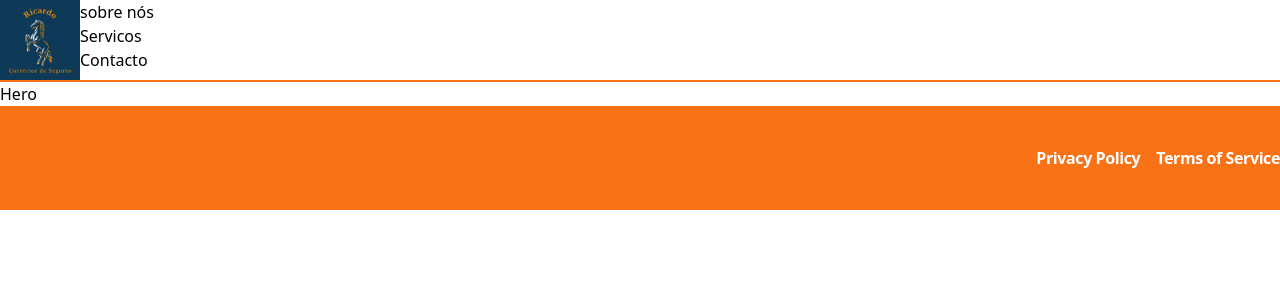
Repository: Arturgouveia1970/ricardo-seguros
Page: /
An editor plug-in stored every save of this project. The page is shown before and after a run of saves, followed by the edit.
The browser window is 1280 px wide. The pictures show the whole page.
The project was rebuilt for these pictures with package versions that can differ from the ones it lists, and the page was loaded fresh each time. Also part of the build but not shown: vite.config.js.

Above is the page before, as saved 2024-04-03 15:58:01.

### src/App.jsx
import Footer from './components/Footer';
import Header from './components/Header';
import Hero from './components/Hero';

function App() {
  return (
    <div>
      <Header />
      <Hero />
      <Footer />
    </div>
  )
}

export default App

### src/components/Footer.jsx
const Footer = () => {
  return (
    <div className="bg-orange-500 py-10">
      <div className="container mx-auto flex flex-col md:flex-row justify-between items-center">
        <span className="text-3xl text-white font-bold tracking-tight">

        </span>
        <span className="text-white font-bold tracking-tight flex gap-4">
          <span>Privacy Policy</span>
          <span>Terms of Service</span>
        </span>
      </div>
    </div>
  );
};

export default Footer;

### src/components/Header.jsx
//import { Link } from 'react-router-dom';
// import { logo } from './assets/ricardo2.png'

function Header() {
  return (
    <div className="border-b-2 border-b-orange-500 bg-blue flex">
      <div className="h-20 w-20">
        <img src={"/src/assets/ricardo2.png"} alt="logo"  />
      </div>
      <ul>
        <li>sobre nós</li>
        <li>Servicos</li>
        <li>Contacto</li>
      </ul>

    </div>

  )
}

export default Header

### src/components/Hero.jsx
function Hero() {
  return (
    <div>
      Hero
    </div>
  )
}

export default Hero

Loaded but not shown: index.html (common file); src/main.jsx (common file); src/index.css (common file); tailwind.config.js (common file)

After the next 3 saves:
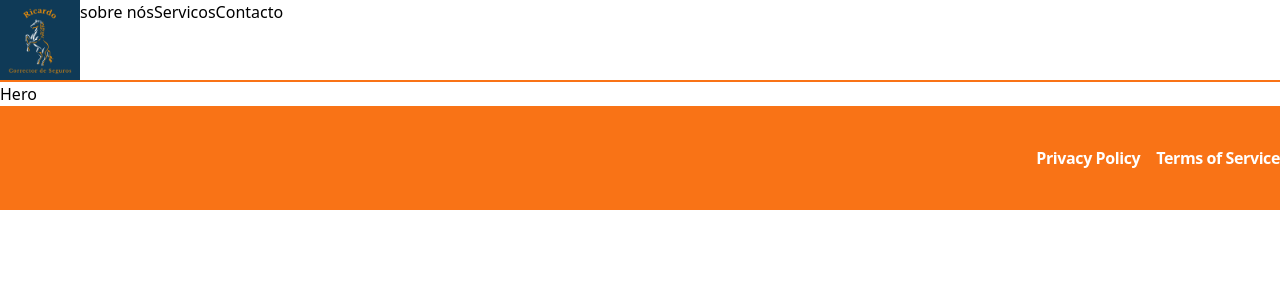
The 3 saves are shown as one change because they came seconds apart.
The last was saved 9 s later.
--- a/src/components/Header.jsx
+++ b/src/components/Header.jsx
@@ -7,7 +7,7 @@
       <div className="h-20 w-20">
         <img src={"/src/assets/ricardo2.png"} alt="logo"  />
       </div>
-      <ul>
+      <ul className="flex ">
         <li>sobre nós</li>
         <li>Servicos</li>
         <li>Contacto</li>
